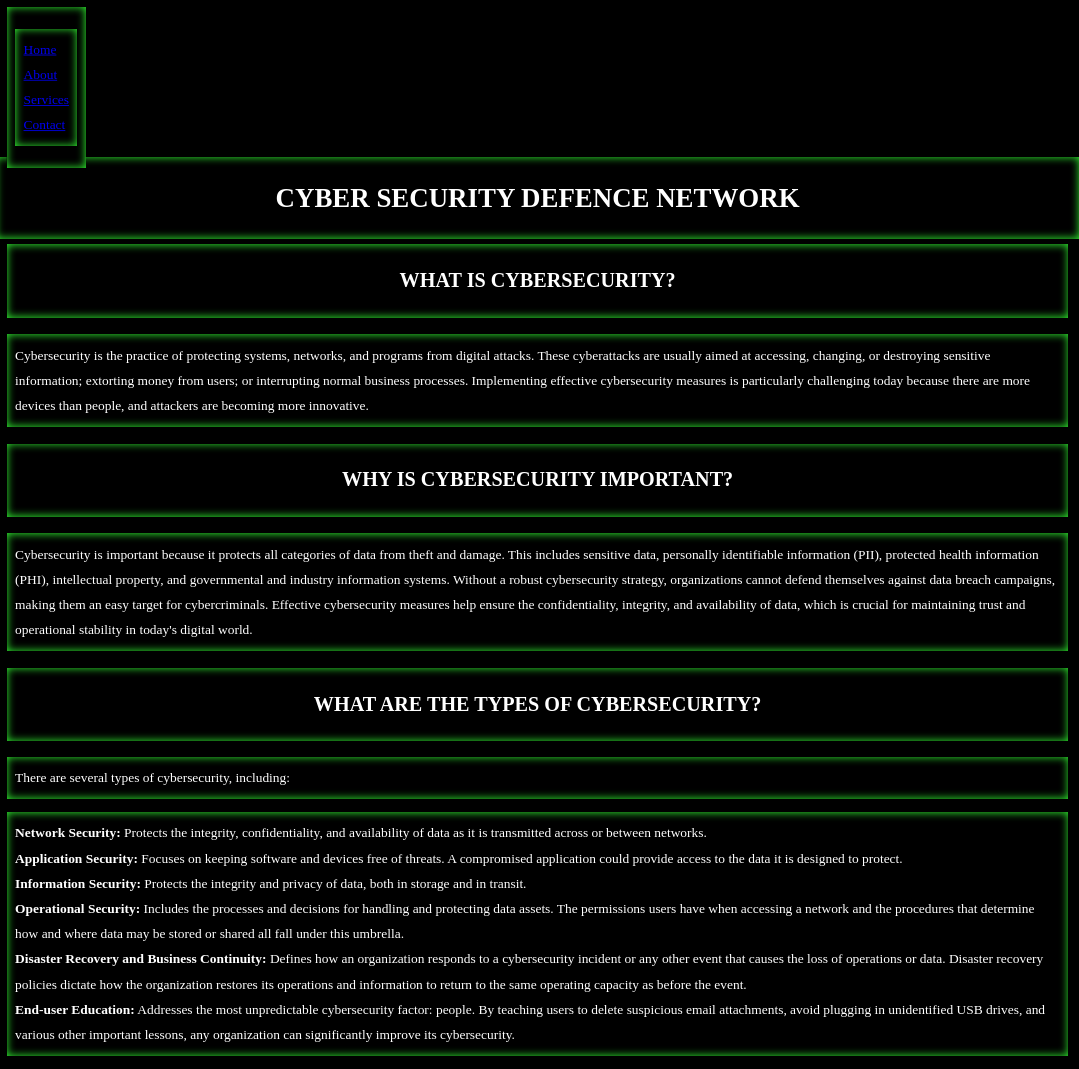
Repository: newworldhost/nwh
Page: index.html
An editor plug-in stored every save of this project. The page is shown before and after a run of saves, followed by the edit.
The browser window is 1280 px wide. The page is 1285 px wide, so the pictures cover 1285 px, including what lies to the right of the window. The pictures show the whole page, at 84% of full size.

Above is the page before, as saved 2025-03-04 15:49:24.

### index.html
<!DOCTYPE html>
<html lang="en">
<head>
    <meta charset="UTF-8">
    <meta name="viewport" content="width=device-width, initial-scale=1.0">
    <meta name="author" content="cyber security defence network">
    <meta name="description" content="cyber security defence network">
    <meta name="keywords" content="cyber security defence network">
    <link rel="stylesheet" href="style.css">
    <title>cyber security defence network</title>
</head>
<body>
    <header>
        <nav>
            <ul>
                <li><a href="index.html">Home</a></li>
                <li><a href="about.html">About</a></li>
                <li><a href="services.html">Services</a></li>
                <li><a href="contact.html">Contact</a></li>
            </ul>
        </nav>
    <h1>cyber security defence network</h1>

    <h2>What is cybersecurity?</h2>
    <p>Cybersecurity is the practice of protecting systems, networks, and programs from digital attacks. These cyberattacks are usually aimed at accessing, changing, or destroying sensitive information; extorting money from users; or interrupting normal business processes. Implementing effective cybersecurity measures is particularly challenging today because there are more devices than people, and attackers are becoming more innovative.</p>
    <h2>Why is cybersecurity important?</h2>
    <p>Cybersecurity is important because it protects all categories of data from theft and damage. This includes sensitive data, personally identifiable information (PII), protected health information (PHI), intellectual property, and governmental and industry information systems. Without a robust cybersecurity strategy, organizations cannot defend themselves against data breach campaigns, making them an easy target for cybercriminals. Effective cybersecurity measures help ensure the confidentiality, integrity, and availability of data, which is crucial for maintaining trust and operational stability in today's digital world.</p>
    <h2>What are the types of cybersecurity?</h2>
    <p>There are several types of cybersecurity, including:</p>
    <ul>
        <li><strong>Network Security:</strong> Protects the integrity, confidentiality, and availability of data as it is transmitted across or between networks.</li>
        <li><strong>Application Security:</strong> Focuses on keeping software and devices free of threats. A compromised application could provide access to the data it is designed to protect.</li>
        <li><strong>Information Security:</strong> Protects the integrity and privacy of data, both in storage and in transit.</li>
        <li><strong>Operational Security:</strong> Includes the processes and decisions for handling and protecting data assets. The permissions users have when accessing a network and the procedures that determine how and where data may be stored or shared all fall under this umbrella.</li>
        <li><strong>Disaster Recovery and Business Continuity:</strong> Defines how an organization responds to a cybersecurity incident or any other event that causes the loss of operations or data. Disaster recovery policies dictate how the organization restores its operations and information to return to the same operating capacity as before the event.</li>
        <li><strong>End-user Education:</strong> Addresses the most unpredictable cybersecurity factor: people. By teaching users to delete suspicious email attachments, avoid plugging in unidentified USB drives, and various other important lessons, any organization can significantly improve its cybersecurity.</li>
    </ul>
</body>
</html>

### style.css
h1 {
    text-align: center;
    background-color: black;
    color:white;
    padding:30px;
    text-transform: uppercase;
    box-shadow: inset 0 0 10px #33ff33;
    margin:-13px;
}
h2 {
    text-align: center;
    background-color: black;
    color:white;
    padding:30px;
    text-transform: uppercase;
    box-shadow: inset 0 0 10px #33ff33;
}
p {
    background-color:black;
    color:white;
    padding:10px;
    box-shadow: inset 0 0 10px #33ff33;
    line-height: 30px;
    list-style-type: none;
}
body {
    background-color:black;
}
ul {
    background-color:black;
    color:white;
    padding:10px;
    box-shadow: inset 0 0 10px #33ff33;
    line-height: 30px;
    list-style-type: none;
}
nav {
    background-color:black;
    color:white;
    padding:10px;
    box-shadow: inset 0 0 10px #33ff33;
    line-height: 30px;
    list-style-type: none;
    display: inline-block;
}

After the next 2 saves:
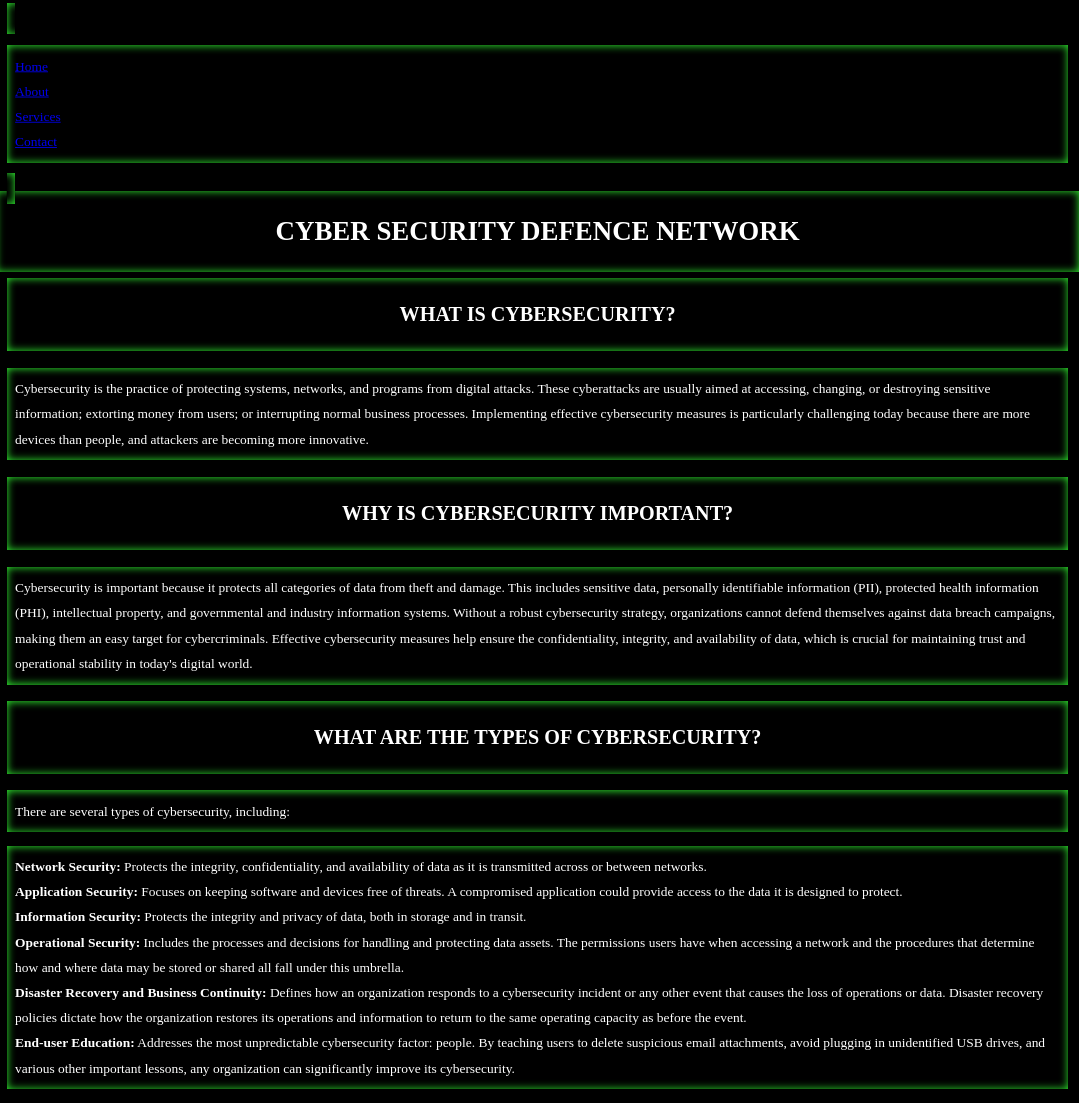
The 2 saves are shown as one change because they came seconds apart.
The last was saved 7 s later.
--- a/style.css
+++ b/style.css
@@ -41,5 +41,5 @@ nav {
     box-shadow: inset 0 0 10px #33ff33;
     line-height: 30px;
     list-style-type: none;
-    display: inline-block;
+    display: inline
 }
